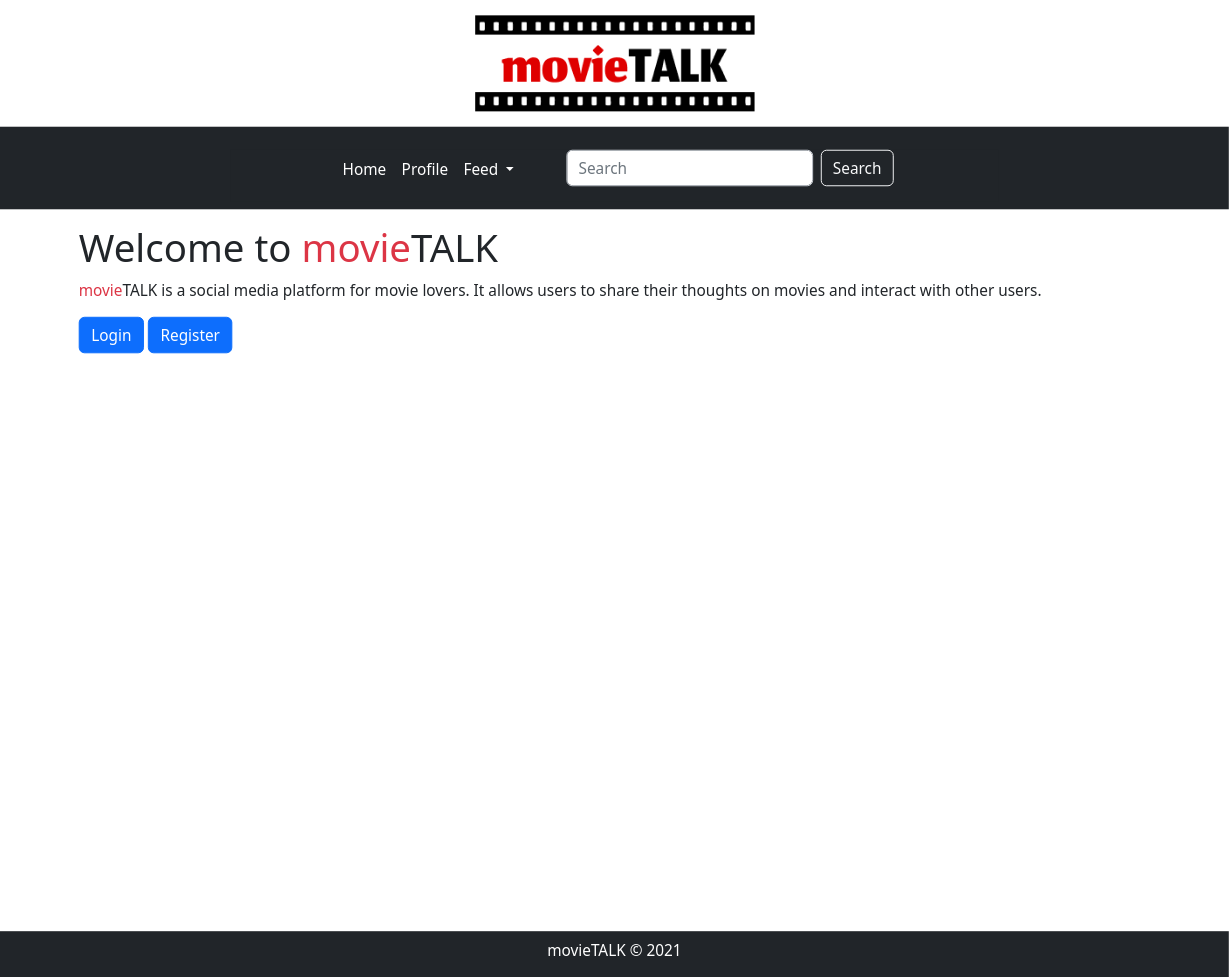
Repository: runeunhjem/css-frameworks-ca
Page: index.html
An editor plug-in stored every save of this project. The page is shown before and after a run of saves, followed by the edit.
The browser window is 1280 px wide. The pictures show the whole page, at 96% of full size.
Some web libraries are served in a nearby version. The style sheet was rebuilt from its Sass, Less or Tailwind sources for each picture, by a compiler version that may differ from the author's.

Above is the page before, as saved 2023-08-24 15:40:56.

### index.html
<!DOCTYPE html>
<html lang="en">
<head>
  <meta charset="UTF-8">
  <meta name="viewport" content="width=device-width, initial-scale=1.0">
  <link rel="stylesheet" href="node_modules/bootstrap/dist/css/bootstrap.min.css">
  <link rel="stylesheet" href="dist/css/index.css">
  <script src="node_modules/bootstrap/dist/js/bootstrap.bundle.min.js"></script>
  <title>movieTALK | Home</title>
</head>
<body>
<header>
  <div class="header-logo my-3">
    <div class="row">
      <div class="col">
        <a class="navbar-brand" href="index.html" alt="movieTALK Logo"><span class="visually-hidden">Home</span></a>
      </div>
    </div>
  </div>
  <nav class="navbar navbar-expand-md bg-dark pt-4">
    <div class="container-fluid d-flex align-items-start justify-content-center max-width-800 bg-dark">
      <div class="row">
        <div class="col-3 col-sm-4 col-md-6">
          <button class="navbar-toggler bg-light mb-2 me-3" type="button" data-bs-toggle="collapse" data-bs-target="#navbarSupportedContent" aria-controls="navbarSupportedContent" aria-expanded="false" aria-label="Toggle navigation">
            <span class="navbar-toggler-icon"></span>
          </button>
          <div class="collapse navbar-collapse" id="navbarSupportedContent">
            <ul class="navbar-nav me-auto mb-2 mb-lg-0">
              <li class="nav-item">
                <a class="nav-link text-white active" aria-current="page" href="#">Home</a>
              </li>
              <li class="nav-item">
                <a class="nav-link text-white" href="profile/index.html">Profile</a>
              </li>
              <li class="nav-item dropdown">
                <a class="nav-link text-white dropdown-toggle" href="#" role="button" data-bs-toggle="dropdown" aria-expanded="false">
                  Feed
                </a>
                <ul class="dropdown-menu dropdown-menu-dark m-0">
                  <li><a class="dropdown-item" href="feed/index.html">Feed</a></li>
                  <li><a class="dropdown-item" href="feed/index.html#post">Post</a></li>
                  <li><hr class="dropdown-divider"></li>
                  <li><a class="dropdown-item" href="index.html">Sign Out</a></li>
                </ul>
              </li>
              <!-- <li class="nav-item">
                <a class="nav-link text-white disabled">Disabled</a>
              </li> -->
            </ul>
          </div>
        </div>
      </div>
        <div class="col-9 col-sm-8 col-md-6 d-flex align-items-start justify-content-end">
          <form class="d-flex mb-3" role="search">
            <input class="form-control me-2 max-width-300" type="search" placeholder="Search" aria-label="Search">
            <button class="btn btn-outline-light" type="submit">Search</button>
          </form>
      </div>
    </div>
    </div>
  </nav>
</header>
<main class="vh-100 mt-3">
  <div class="container justify-content-center">
    <div class="row">
      <div class="col">
        <h1>Welcome to <span class="text-danger">movie</span>TALK</h1>
        <p><span class="text-danger">movie</span>TALK is a social media platform for movie lovers. It allows users to share their thoughts on movies and interact with other users.</p>
        <a href="login.php" class="btn btn-primary">Login</a>
        <a href="register.php" class="btn btn-primary">Register</a>
      </div>
    </div>
  </div>
</main>
<footer>
  <div class="container-fluid bg-dark mt-3">
    <div class="row">
      <div class="col">
        <p class="text-white text-center mt-2">movieTALK &copy; 2021</p>
      </div>
    </div>
  </div>
</footer>
</body>
</html>

### src/scss/index.scss
@import "../../node_modules/bootstrap/scss/functions";
@import "variables";
@import "../../node_modules/bootstrap/scss/bootstrap";
@import "../../node_modules/bootstrap/scss/variables";
@import "../../node_modules/bootstrap/scss/maps";
@import "../../node_modules/bootstrap/scss/mixins";
@import "../../node_modules/bootstrap/scss/root";

.header-logo {
  background-image: url("../../img/logo.png");
  background-size: contain;
  background-repeat: no-repeat;
  background-position: center;
  width: 100%;
  height: 100px;
}

.max-width-800 {
  max-width: 800px;
}
.max-width-300 {
  max-width: 300px;
}

### src/scss/_variables.scss
// $body-bg: #ffe0e0;
// $body-color: #111;


// $primary: #d95700;
// $danger: #a10d64;
// $light: #db7f7f;

Loaded but not shown: js/bootstrap.bundle.min.js (library)

After the next 2 saves:
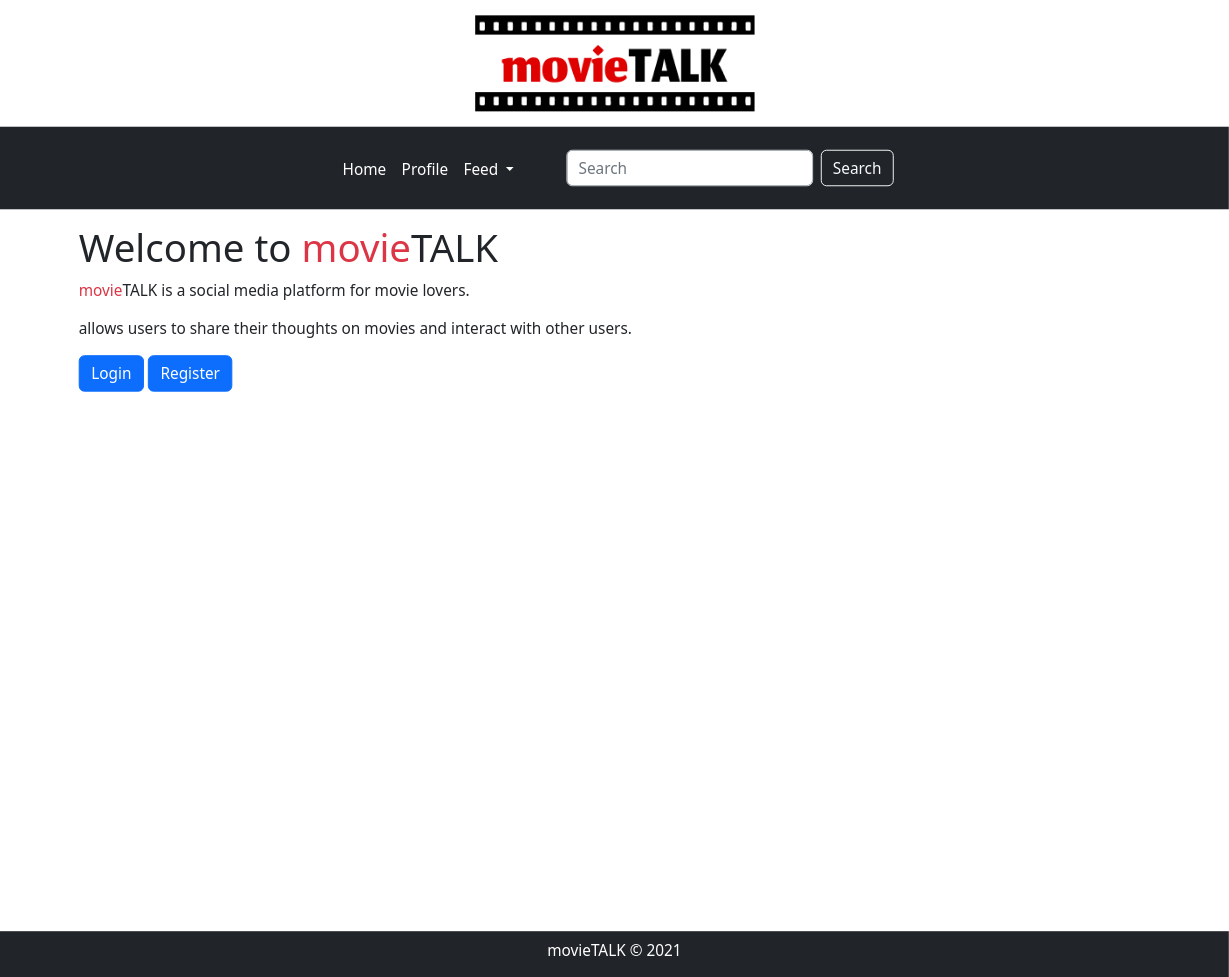
The 2 saves are shown as one change because they came seconds apart.
The last was saved 30 s later.
--- a/index.html
+++ b/index.html
@@ -65,7 +65,8 @@
     <div class="row">
       <div class="col">
         <h1>Welcome to <span class="text-danger">movie</span>TALK</h1>
-        <p><span class="text-danger">movie</span>TALK is a social media platform for movie lovers. It allows users to share their thoughts on movies and interact with other users.</p>
+        <p><span class="text-danger">movie</span>TALK is a social media platform for movie lovers.</p>
+         allows users to share their thoughts on movies and interact with other users.</p>
         <a href="login.php" class="btn btn-primary">Login</a>
         <a href="register.php" class="btn btn-primary">Register</a>
       </div>
